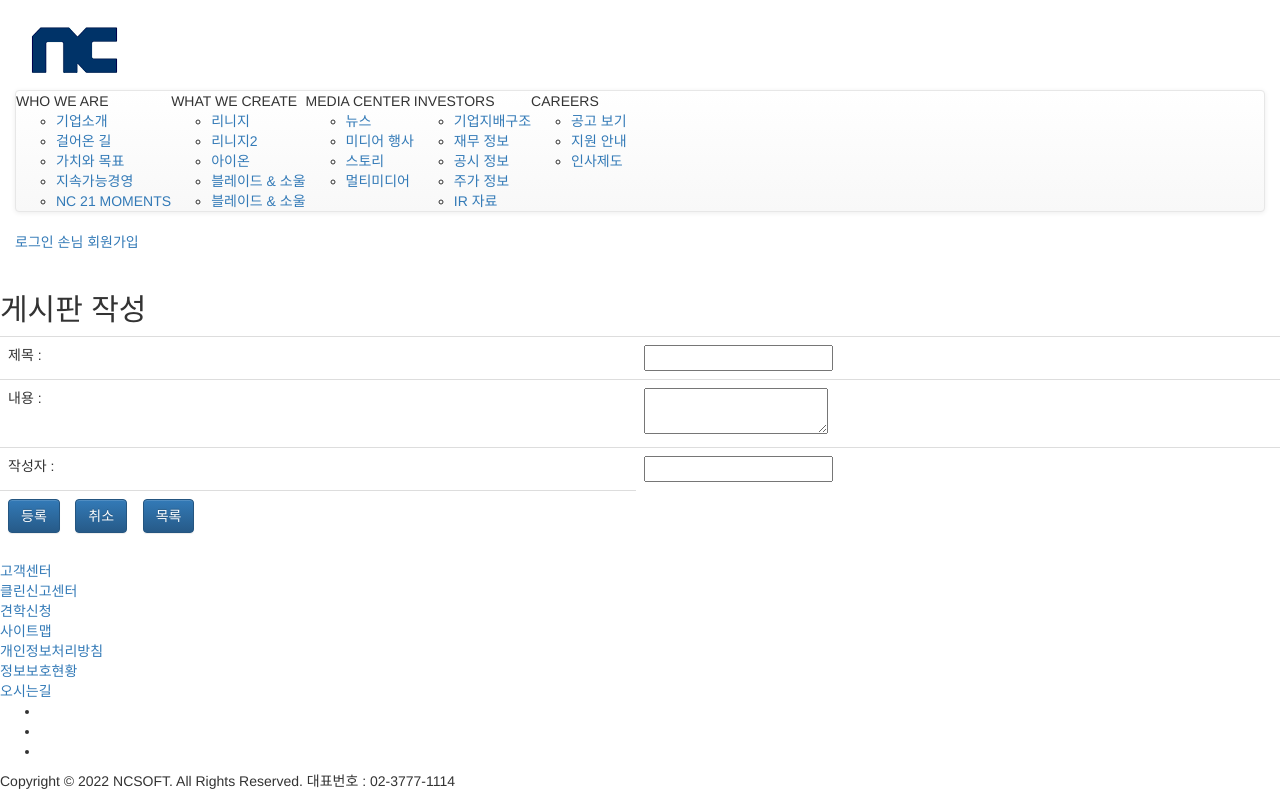
Repository: jyjoh97/SQL
Page: http://localhost/web01/boardInsert.jsp
An editor plug-in stored every save of this project. The page is shown before and after the next save, followed by the edit.
The browser window is 1280 px wide. The pictures show the whole page.
The page is served by Tomcat 9.

Above is the page before, as saved 2022-04-29 07:00:05.
Console error (its wording comes from the project's code and is left out).

After the next save:
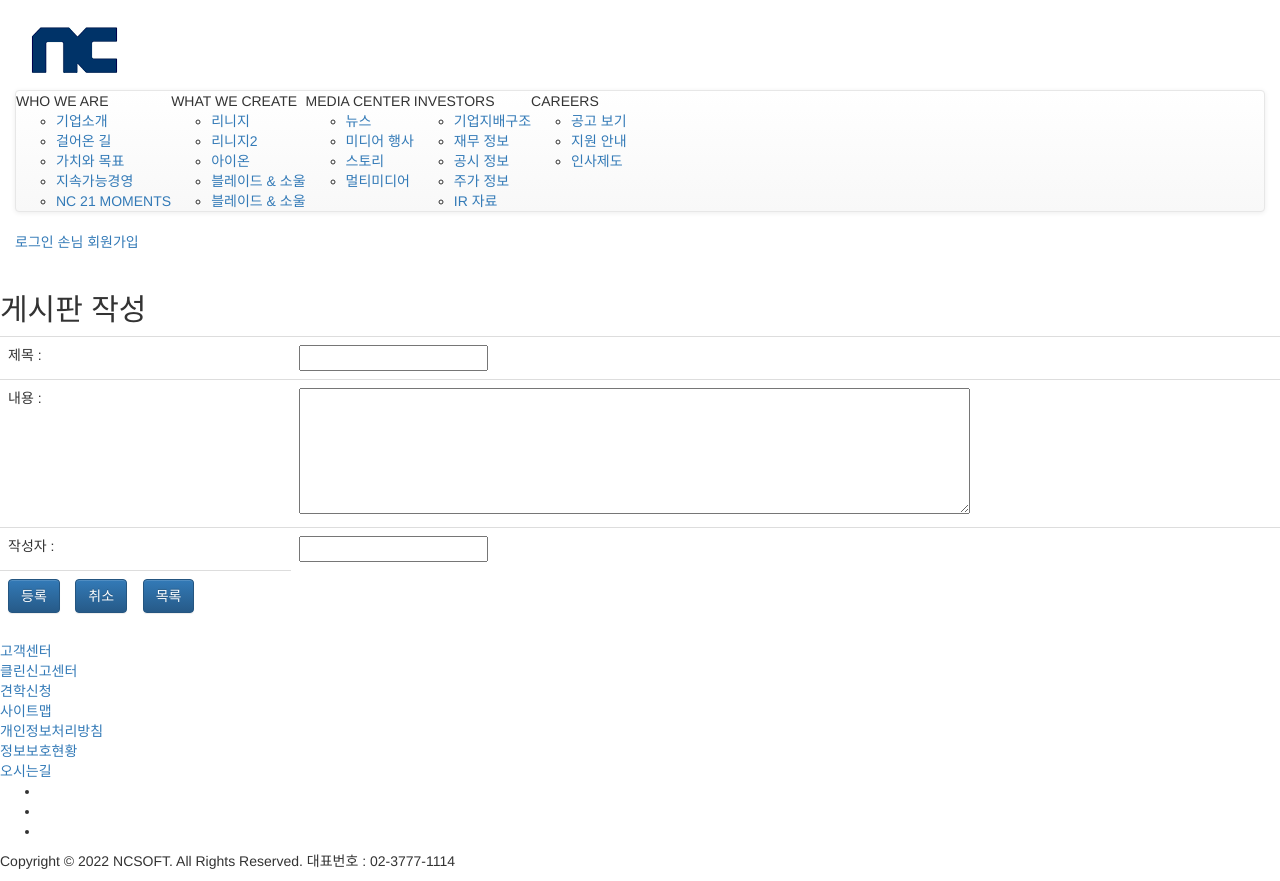
Saved 97 s later.
--- a/web01/src/main/webapp/boardInsert.jsp
+++ b/web01/src/main/webapp/boardInsert.jsp
@@ -28,7 +28,7 @@
 					<tr>
 						<td class="b_content">내용 : </td>
 						<td>
-							<textarea name="b_content" id="b_content" ></textarea>
+							<textarea name="b_content" id="b_content" cols="80" rows="6"></textarea>
 						</td>
 					</tr>
 					<tr>
